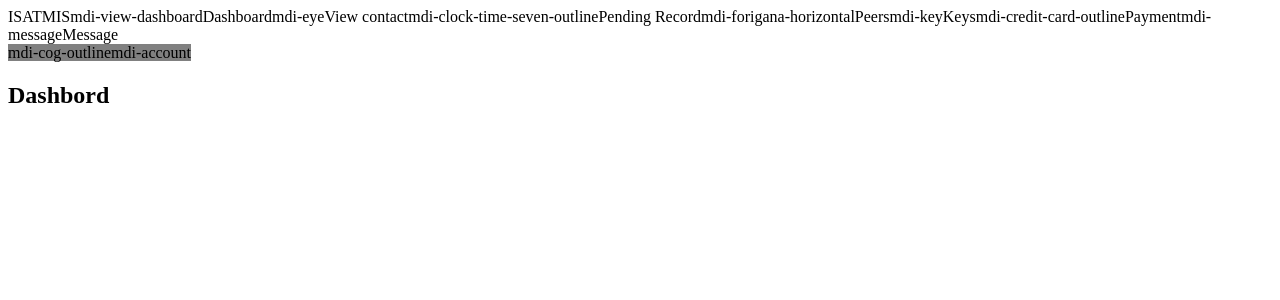
Repository: umarrg/isatmis
Page: /home
An editor plug-in stored every save of this project. The page is shown before and after the next save, followed by the edit.
The browser window is 1280 px wide. The pictures show the whole page.
The project was rebuilt for these pictures with package versions that can differ from the ones it lists, and the page was loaded fresh each time. Also part of the build but not shown: vue.config.js. Imported but missing from the stored project, and not drawn on this page: src/plugins/vuetify.

Above is the page before, as saved 2021-01-26 00:22:24.

After the next save:
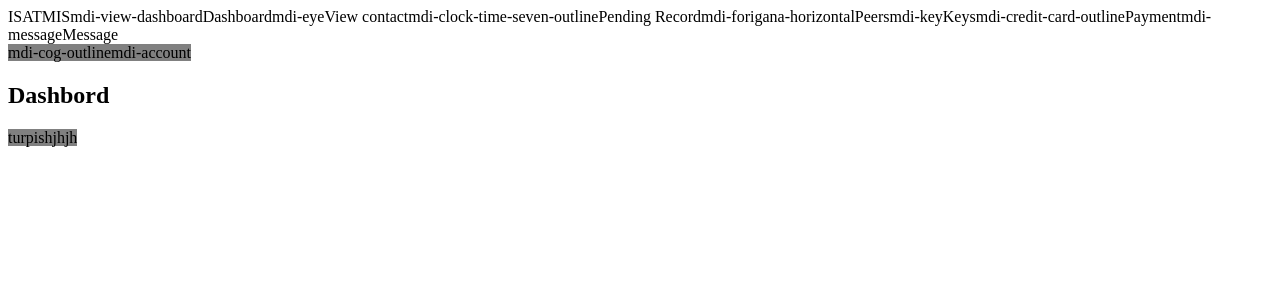
Saved 94 s later.
--- a/src/views/Home.vue
+++ b/src/views/Home.vue
@@ -35,13 +35,13 @@
           <v-divider></v-divider>
         </v-col>
       </v-col>
-      <!-- <v-row no-gutters>
+      <v-row no-gutters>
         <v-col cols="12" md="3" sm="6">
           <v-alert border="bottom" colored-border color="blue" elevation="2">
             turpishjhjh
           </v-alert>
         </v-col>
-      </v-row> -->
+      </v-row>
     </v-container>
   </v-app>
 </template>
